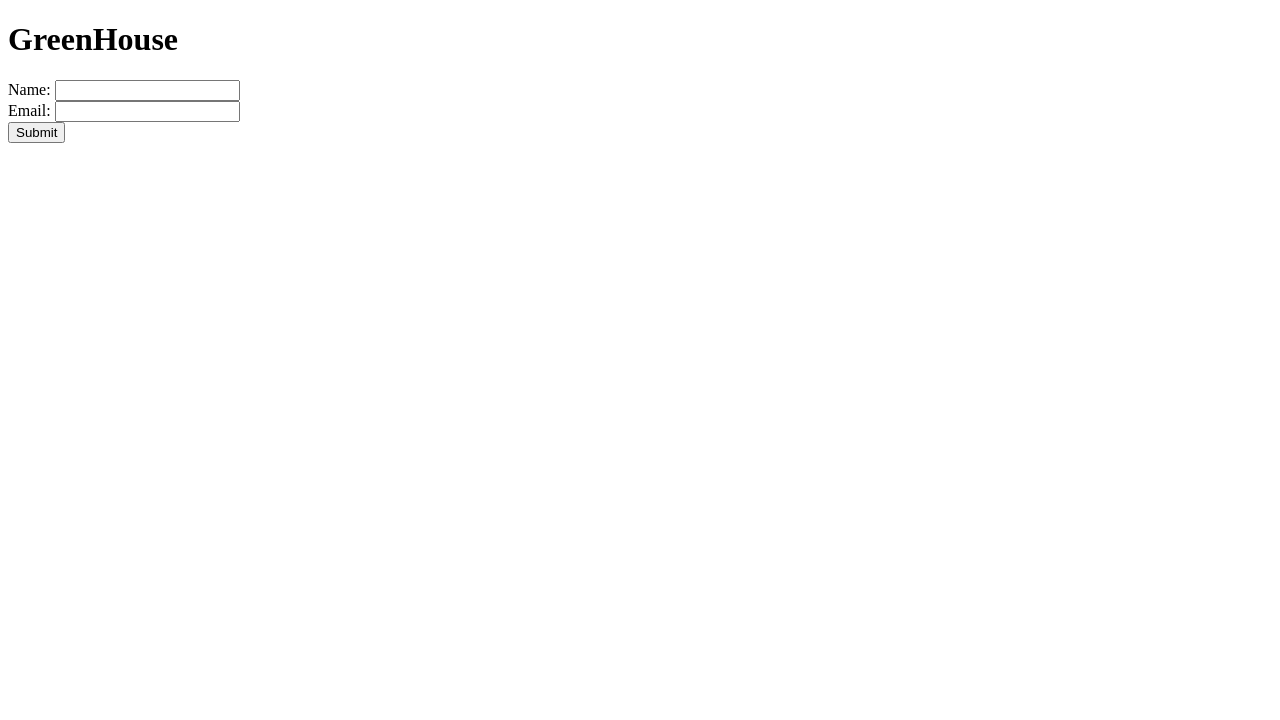
Repository: idan226688/WorkTrack
Page: index.html
An editor plug-in stored every save of this project. The page is shown before and after the next save, followed by the edit.
The browser window is 1280 px wide. The pictures show the whole page.

Above is the page before, as saved 2023-08-30 17:53:02.
Not found: popup.css

### index.html
<!DOCTYPE html>
<html>
<head>
  <link rel="stylesheet" href="popup.css">
  <title>Login</title>
</head>
<body>
  <div id="container">
  <h1>GreenHouse</h1>
  <form action="/submit" method="post">
    <label for="name">Name:</label>
    <input type="text" id="name" name="name" required><br>

    <label for="email">Email:</label>
    <input type="email" id="email" name="email" required><br>

    <button type="submit">Submit</button>
  </form>
</div>
</body>
</html>

### GreenHouse.css
#container{
    display: flex;
    justify-content: center;
    align-items: center;
    height: 100vh;
}

After the next save:
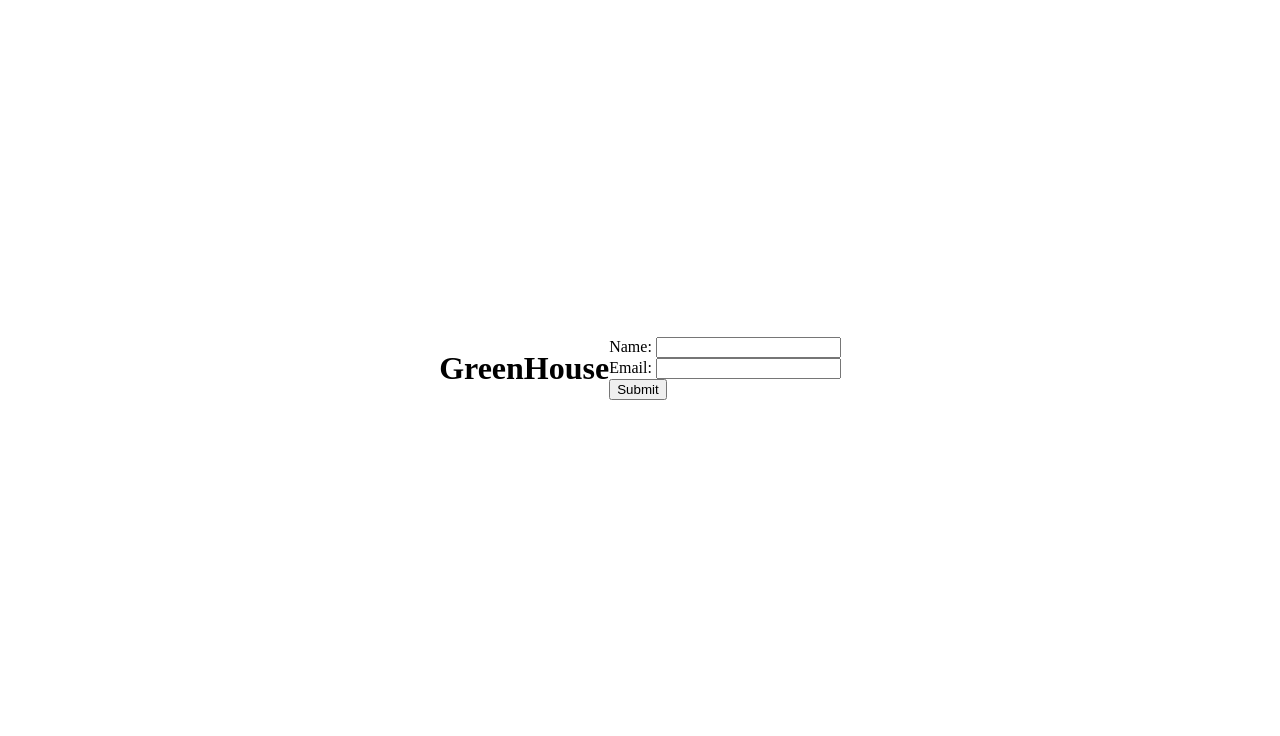
Saved 21 s later.
--- a/index.html
+++ b/index.html
@@ -1,7 +1,7 @@
 <!DOCTYPE html>
 <html>
 <head>
-  <link rel="stylesheet" href="popup.css">
+  <link rel="stylesheet" href="GreenHouse.css">
   <title>Login</title>
 </head>
 <body>
